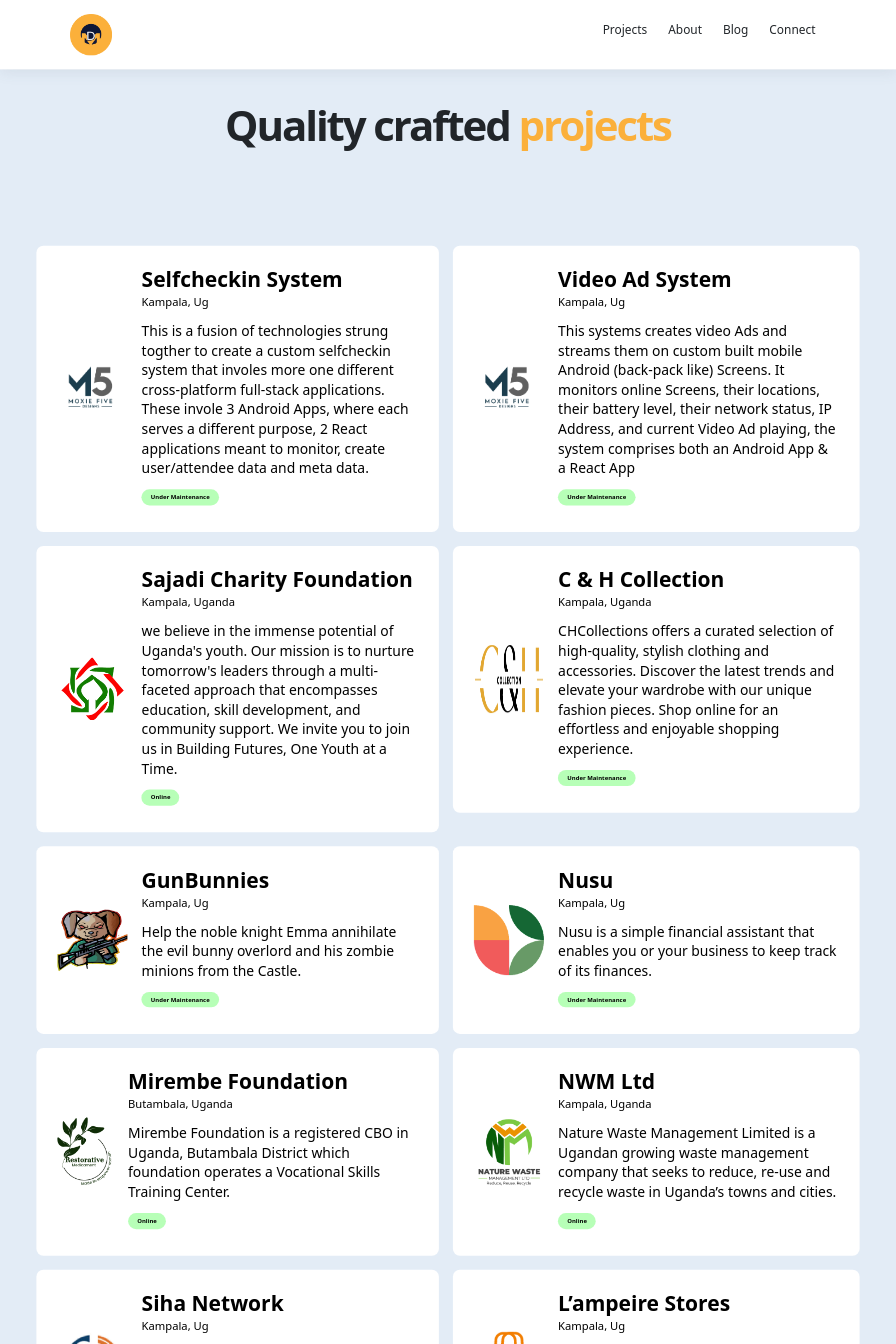
Repository: kaizoku010/firebrand
Page: /apps
An editor plug-in stored every save of this project. The page is shown before and after a run of saves, followed by the edit.
The browser window is 1280 px wide. The pictures show the part of the page from y = 0 to 1920 px (the page is 3921 px tall before and 4350 px after), at 70% of full size.
The project was rebuilt for these pictures with package versions that can differ from the ones it lists, and the page was loaded fresh each time. Also part of the build but not shown: vite.config.js, src/update/homescreen.css, src/update/homescreen.js, src/update/blog.css, src/update/blog.js, src/update/connect.css, src/update/connect.js. Imported but missing from the stored project, and not drawn on this page: src/update/about.js.

Above is the page before, as saved 2024-05-27 16:05:27.

After the next 2 saves:
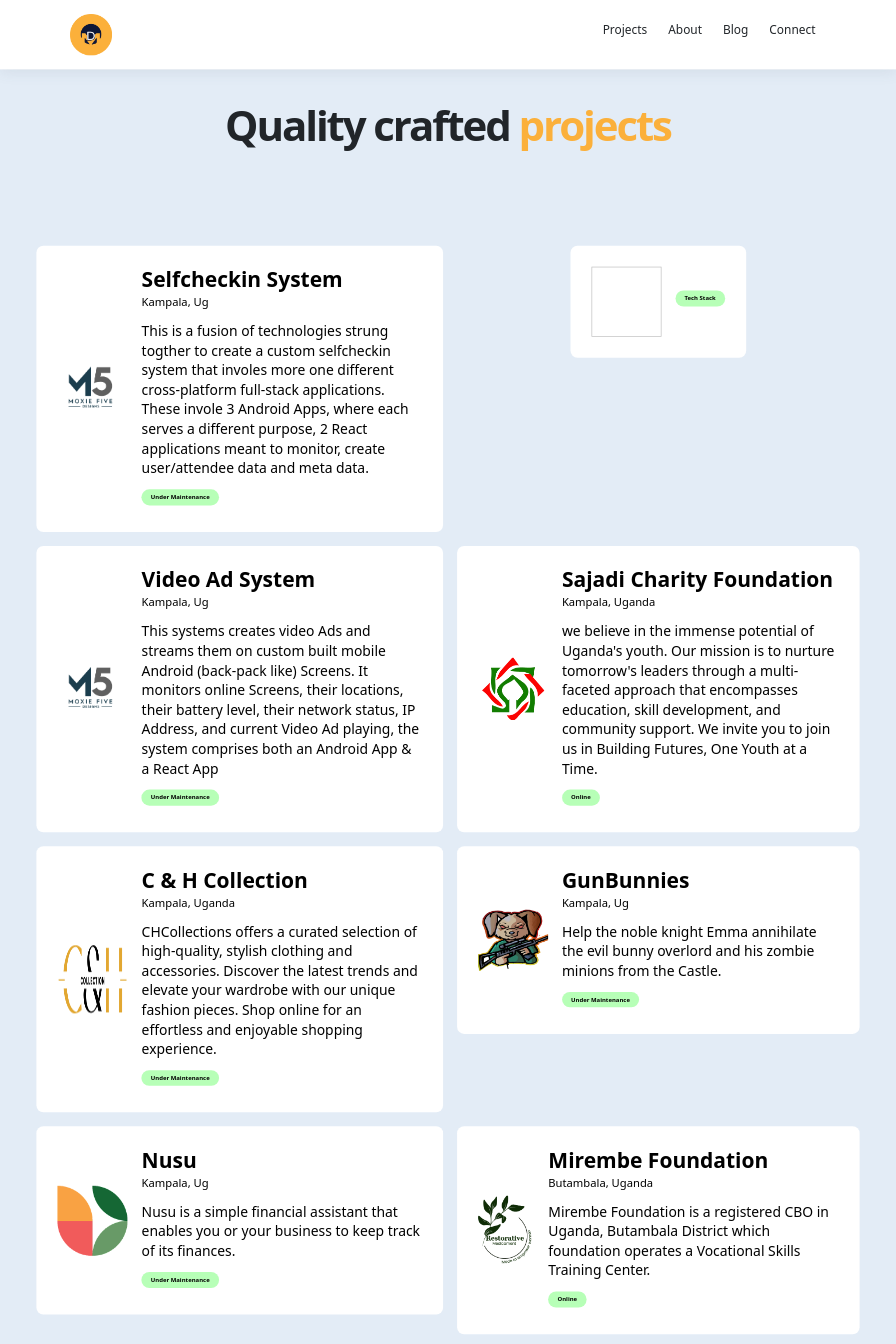
The 2 saves are shown as one change because they came seconds apart.
The last was saved 65 s later.
--- a/src/dataPoint/AllProjects.js
+++ b/src/dataPoint/AllProjects.js
@@ -34,6 +34,10 @@
 
   },
 
+  {
+
+  },
+
     {
       id: '145',
       title: "Video Ad System",
